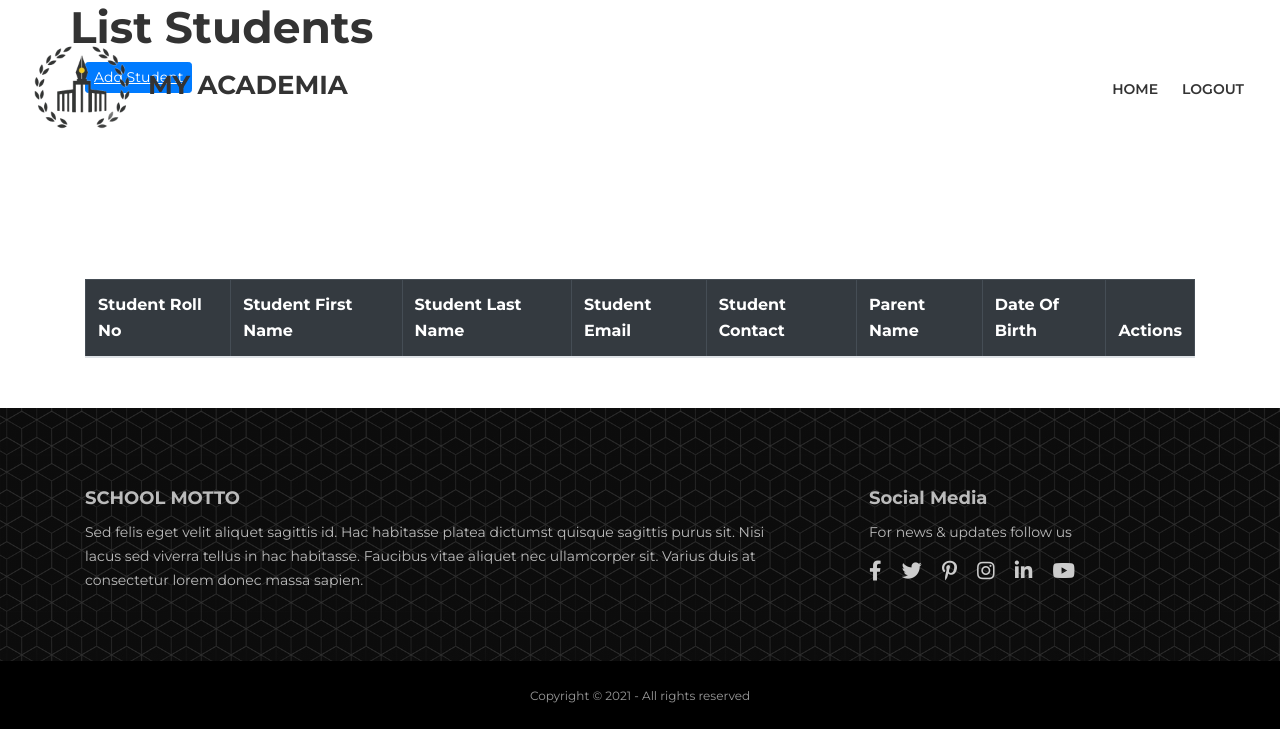
Repository: SaxenaAbhay/DBMS2023
Page: http://localhost/students
An editor plug-in stored every save of this project. The page is shown before and after the next save, followed by the edit.
The browser window is 1280 px wide. The pictures show the whole page.
The page is this project's Thymeleaf template; nobody is signed in. The template is opened directly, without the code that normally fills it, so the values that code supplies are empty.

Above is the page before, as saved 2023-10-22 11:03:04.

### school-managment-system/src/main/resources/templates/students.html
<!DOCTYPE html>
<html lang="en">
    <head>
        <meta charset="utf-8">
        <meta name="viewport" content="width=device-width, initial-scale=1, shrink-to-fit=no">

        <!-- SEO Meta Tags -->
        <meta name="description" content="My Academia">
        <meta name="keywords" content="school website, responsive">
        <meta name="author" content="Yashwini Bansal">

        <!-- Website Title -->
        <title>My Academia</title>

        <link href="https://fonts.googleapis.com/css?family=Montserrat:400,400i,600,700,700i&display=swap" rel="stylesheet">

        <link href="css/bootstrap.css" rel="stylesheet">
        <link href="css/fontawesome-all.css" rel="stylesheet">
        <link href="css/swiper.css" rel="stylesheet">
        <link href="css/styles.css" rel="stylesheet">

        <link rel="icon" href="images/logo2.jpg">

        <!-- Scripts -->
        <script src="js/jquery.min.js" defer></script>
        <script src="js/popper.min.js" defer></script>
        <script src="js/bootstrap.min.js" defer></script>
        <script src="js/jquery.easing.min.js" defer></script>
        <script src="js/swiper.min.js" defer></script>
        <script src="js/validator.min.js" defer></script>
        <script src="js/scripts.js" defer></script>
    </head>
    <body  data-spy="scroll"  data-target=".fixed-top">

        <!-- Preloader -->
        <div class="spinner-wrapper">
            <div class="spinner">
                <div class="bounce1"></div>
                <div class="bounce2"></div>
                <div class="bounce3"></div>
            </div>
        </div>
        <!-- end of preloader -->


        <!-- Navigation -->
        <nav class="navbar navbar-expand-lg navbar-dark navbar-custom fixed-top">

            <!-- Logo -->
            <a class="navbar-brand logo-image" href="./index.html"><img src="./images/logo.jpg"></a><h3>MY ACADEMIA</h3>

            <!-- Mobile Menu Toggle Button -->
            <button class="navbar-toggler" type="button" data-toggle="collapse" data-target="#navbarsExampleDefault" aria-controls="navbarsExampleDefault" aria-expanded="false" aria-label="Toggle navigation">
                <span class="navbar-toggler-awesome fas fa-bars"></span>
                <span class="navbar-toggler-awesome fas fa-times"></span>
            </button>
            <!-- end of mobile menu toggle button -->

            <div class="collapse navbar-collapse" id="navbarsExampleDefault">
                <ul class="navbar-nav ml-auto">
                    <li class="nav-item">
                        <a class="nav-link page-scroll" href="./dashboard.html">HOME</a>
                    </li>
                    <li class="nav-item">
                        <a class="nav-link page-scroll" href="./login.html">LOGOUT</a>
                    </li>
                </ul>
            </div>
        </nav>


            <!--<div class="col-md-4 mt-1">
                <div class="card text-center sidebar">
                    <div class="card-body">
                        <img src = "./images/prof.png" class="rounded-circle" width="150">
                        <div class="mt-3">
                            <a href="./subjects.html">SUBJECTS</a>
                            <a href="./stud_attendance.html">ATTENDANCE</a>
                            <a href="./stud_marks.html">RESULTS</a>
                        </div>
                    </div>
                </div>
            </div>
            <div class="col-md-8 mt-1">
                <div class="card mb-3 content">
                    <h1 class="m-3 pt-3">Hello STUD_NAME...</h1>
                    <div class="card-body">
                        <div class="row">
                            <div class="col-md-3"><h5>Full Name</h5></div>
                            <div class="col-md-9 text-secondary">name</div>
                        </div>
                        <div class="row">
                            <div class="col-md-3"><h5>Class</h5></div>
                            <div class="col-md-9 text-secondary">name</div>
                        </div>
                        <div class="row">
                            <div class="col-md-3"><h5>Enrollment No.</h5></div>
                            <div class="col-md-9 text-secondary">name</div>
                        </div>
                        <div class="row">
                            <div class="col-md-3"><h5>Contact No.</h5></div>
                            <div class="col-md-9 text-secondary">name</div>
                        </div>
                        <div class="row">
                            <div class="col-md-3"><h5>Email id</h5></div>
                            <div class="col-md-9 text-secondary">name</div>
                        </div>
                        <div class="row">
                            <div class="col-md-3"><h5>Permanent address</h5></div>
                            <div class="col-md-9 text-secondary">name</div>
                        </div>
                        <div class="row">
                            <div class="col-md-3"><h5>D.O.B.</h5></div>
                            <div class="col-md-9 text-secondary">name</div>
                        </div>
                        <div class="row">
                            <div class="col-md-3"><h5>Blood Group</h5></div>
                            <div class="col-md-9 text-secondary">name</div>
                        </div>
                        <div class="row">
                            <div class="col-md-3"><h5>Aadhaar No.</h5></div>
                            <div class="col-md-9 text-secondary">name</div>
                        </div>
                    </div>
                </div>
            </div>-->
        <div class="container">
		<div class="row" , margin-top = 10px>
			<h1> List Students</h1>
		</div>
		<div class ="row">
            <div class="col-lg-3">
                <a th:href="@{/students/new}" class="btn btn-primary btn-sm mb-3">Add Student</a>
            </div>
        </div>
		<table class="table table-striped table-bordered" >
		<thead class="table-dark">
			<tr>
				<th>Student Roll No</th>
				<th>Student First Name</th>
				<th>Student Last Name</th>
				<th>Student Email</th>
				<th>Student Contact</th>
				<th>Parent Name</th>
				<th>Date Of Birth</th>
				<th>Actions</th>
			</tr>
		</thead>
		<tbody>
			<tr th:each="student: ${students}">
				<td th:text = "${student.scholarId}"></td>
				<td th:text = "${student.firstname}"></td>
				<td th:text = "${student.lastname}"></td>
				<td th:text = "${student.email}"></td>
				<td th:text = "${student.contact}"></td>
				<td th:text = "${student.parentName}"></td>
				<td th:text = "${student.dob}"></td>
				<td>
					<a th:href="@{/students/edit/{scholarId}(scholarId=${student.scholarId})}" class="btn btn-primary">Update</a>
					<a th:href="@{/students/{scholarId}(scholarId=${student.scholarId})}" class="btn btn-danger">Delete</a>

				</td>
			</tr>
		</tbody>
		</table>
	</div>

       <!-- <a class="btn-solid-reg chng-pswd" href="">Change Password</a>-->
        <div class="clearfix"></div>

        <!-- Footer -->
        <div class="footer">
            <div class="container">
                <div class="row">
                    <div class="col-md-8">
                        <div class="footer-col first">
                            <h5>SCHOOL MOTTO</h5>
                            <p class="p-small">Sed felis eget velit aliquet sagittis id. Hac habitasse platea dictumst quisque sagittis purus sit. Nisi lacus sed viverra tellus in hac habitasse. Faucibus vitae aliquet nec ullamcorper sit. Varius duis at consectetur lorem donec massa sapien.</p>
                        </div>
                    </div> <!-- end of col -->
                    <div class="col-md-4">
                        <div class="footer-col fourth">
                            <h5>Social Media</h5>
                            <p class="p-small">For news & updates follow us</p>
                            <a href="#your-link">
                                <i class="fab fa-facebook-f"></i>
                            </a>
                            <a href="#your-link">
                                <i class="fab fa-twitter"></i>
                            </a>
                            <a href="#your-link">
                                <i class="fab fa-pinterest-p"></i>
                            </a>
                            <a href="#your-link">
                                <i class="fab fa-instagram"></i>
                            </a>
                            <a href="#your-link">
                                <i class="fab fa-linkedin-in"></i>
                            </a>
                            <a href="#your-link">
                                <i class="fab fa-youtube"></i>
                            </a>
                        </div>
                    </div> <!-- end of col -->
                </div> <!-- end of row -->
            </div> <!-- end of container -->
        </div> <!-- end of footer -->
        <!-- end of footer -->


        <!-- Copyright -->
        <div class="copyright">
            <div class="container">
                <div class="row">
                    <div class="col-lg-12">
                        <p class="p-small">Copyright © 2021 - All rights reserved</p>
                    </div> <!-- end of col -->
                </div> <!-- enf of row -->
            </div> <!-- end of container -->
        </div> <!-- end of copyright -->
        <!-- end of copyright -->
    </body>
</html>

Loaded but not shown: school-managment-system/src/main/resources/static/css/bootstrap.css (library); school-managment-system/src/main/resources/static/css/fontawesome-all.css (library); school-managment-system/src/main/resources/static/css/swiper.css (library); school-managment-system/src/main/resources/static/js/jquery.min.js (library); school-managment-system/src/main/resources/static/js/popper.min.js (library); school-managment-system/src/main/resources/static/js/bootstrap.min.js (library); school-managment-system/src/main/resources/static/js/jquery.easing.min.js (library); school-managment-system/src/main/resources/static/js/swiper.min.js (library); school-managment-system/src/main/resources/static/js/validator.min.js (library); school-managment-system/src/main/resources/static/js/scripts.js (177 lines, source omitted); school-managment-system/src/main/resources/static/css/styles.css (1735 lines, source omitted)

After the next save:
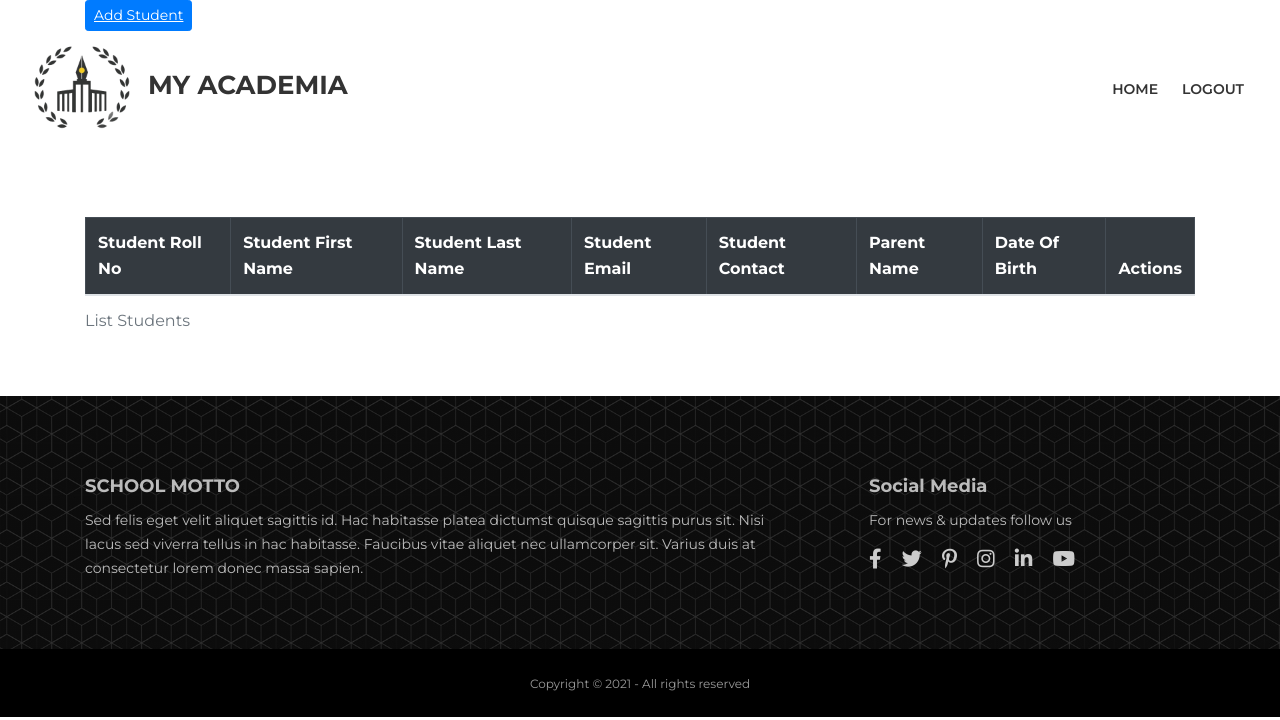
Saved 115 s later.
--- a/school-managment-system/src/main/resources/templates/students.html
+++ b/school-managment-system/src/main/resources/templates/students.html
@@ -125,15 +125,16 @@
                 </div>
             </div>-->
         <div class="container">
-		<div class="row" , margin-top = 10px>
+		<!--<div class="row">
 			<h1> List Students</h1>
-		</div>
+		</div>-->
 		<div class ="row">
             <div class="col-lg-3">
                 <a th:href="@{/students/new}" class="btn btn-primary btn-sm mb-3">Add Student</a>
             </div>
         </div>
 		<table class="table table-striped table-bordered" >
+			<caption>List Students</caption>
 		<thead class="table-dark">
 			<tr>
 				<th>Student Roll No</th>
